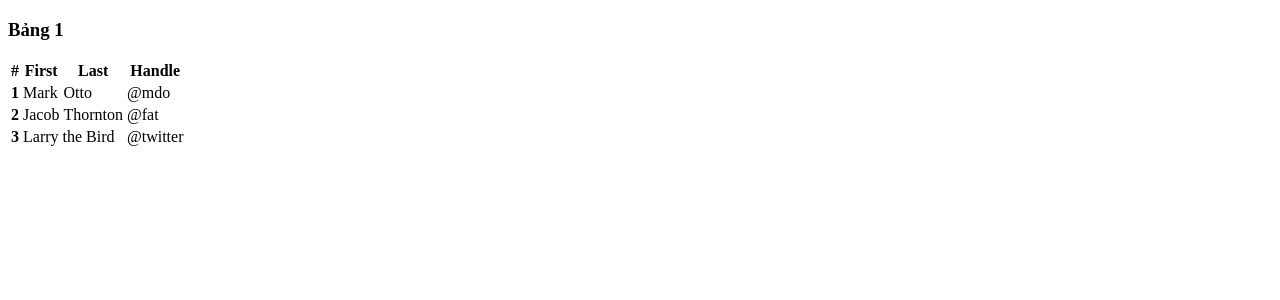
Repository: ThuatDev/BTVN_FE_JUNE
Page: index.html
These files come from the project's save history. The page is drawn as it stood at one moment and after a run of saves; the edit follows.
The browser window is 1280 px wide. The pictures show the whole page.

Above is the page before, as saved 2023-08-02 15:10:10.

After the next 2 saves:
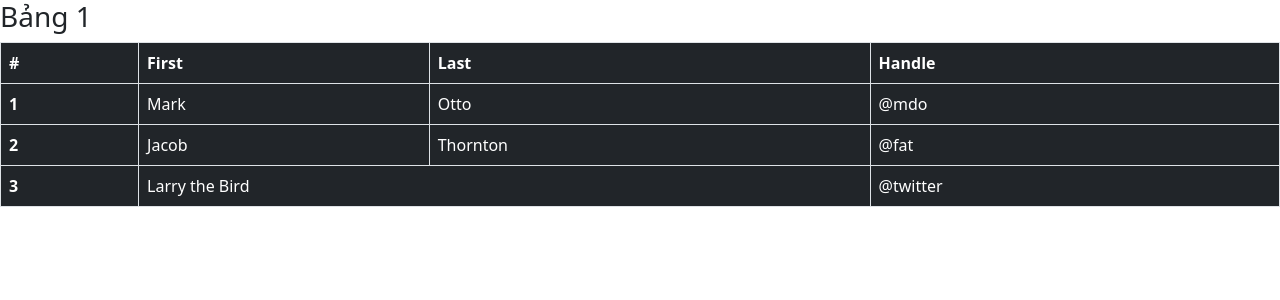
The 2 saves are shown as one change because they came seconds apart.
The last was saved 103 s later.
--- a/index.html
+++ b/index.html
@@ -3,6 +3,10 @@
   <head>
     <meta charset="UTF-8" />
     <meta name="viewport" content="width=device-width, initial-scale=1.0" />
+    <link
+      href="https://cdn.jsdelivr.net/npm/bootstrap@5.0.2/dist/css/bootstrap.min.css"
+      rel="stylesheet"
+    />
     <title>Document</title>
   </head>
   <body>
